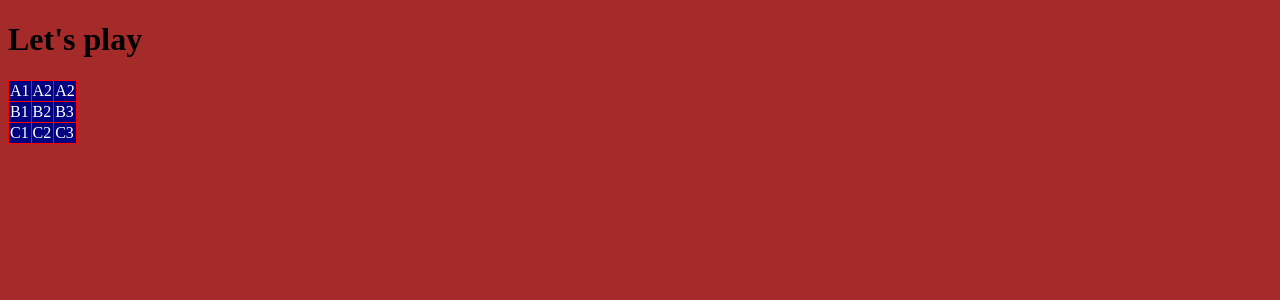
Repository: anas-essaguiar/epita.advancedWeb
Page: tictatoe/index.html
These files come from the project's save history. The page is drawn as it stood at one moment and after the next save; the edit follows.
The browser window is 1280 px wide. The pictures show the whole page.

Above is the page before, as saved 2021-04-14 14:55:40.

After the next save:
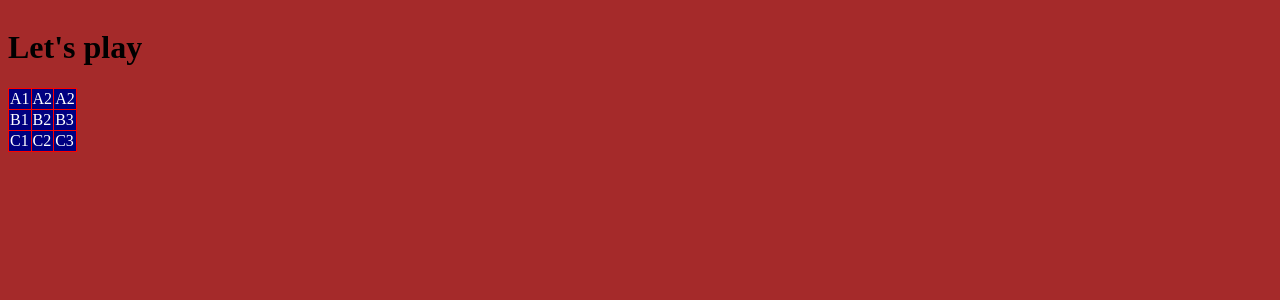
Saved 20 s later.
--- a/tictatoe/style.css
+++ b/tictatoe/style.css
@@ -1,5 +1,5 @@
 body{
-    align-items: center;
+    align-content: center;
 background-color: brown;
 }
 .col{

After the save that followed:
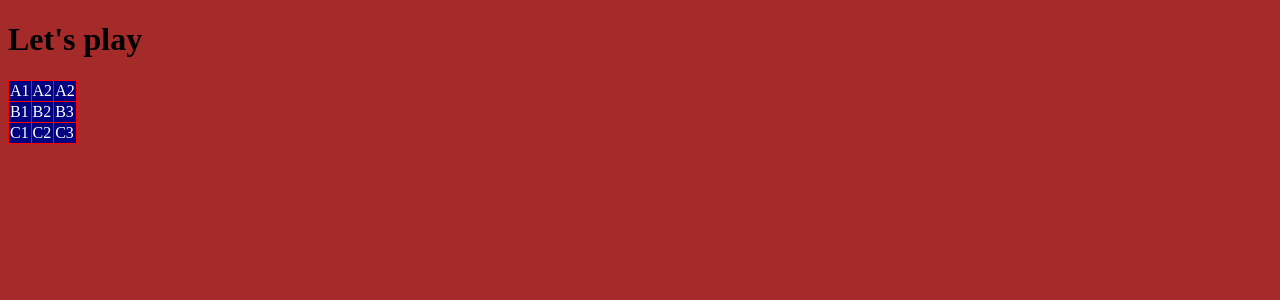
Saved 33 s later.
--- a/tictatoe/style.css
+++ b/tictatoe/style.css
@@ -1,5 +1,5 @@
 body{
-    align-content: center;
+    align-self: center;
 background-color: brown;
 }
 .col{
